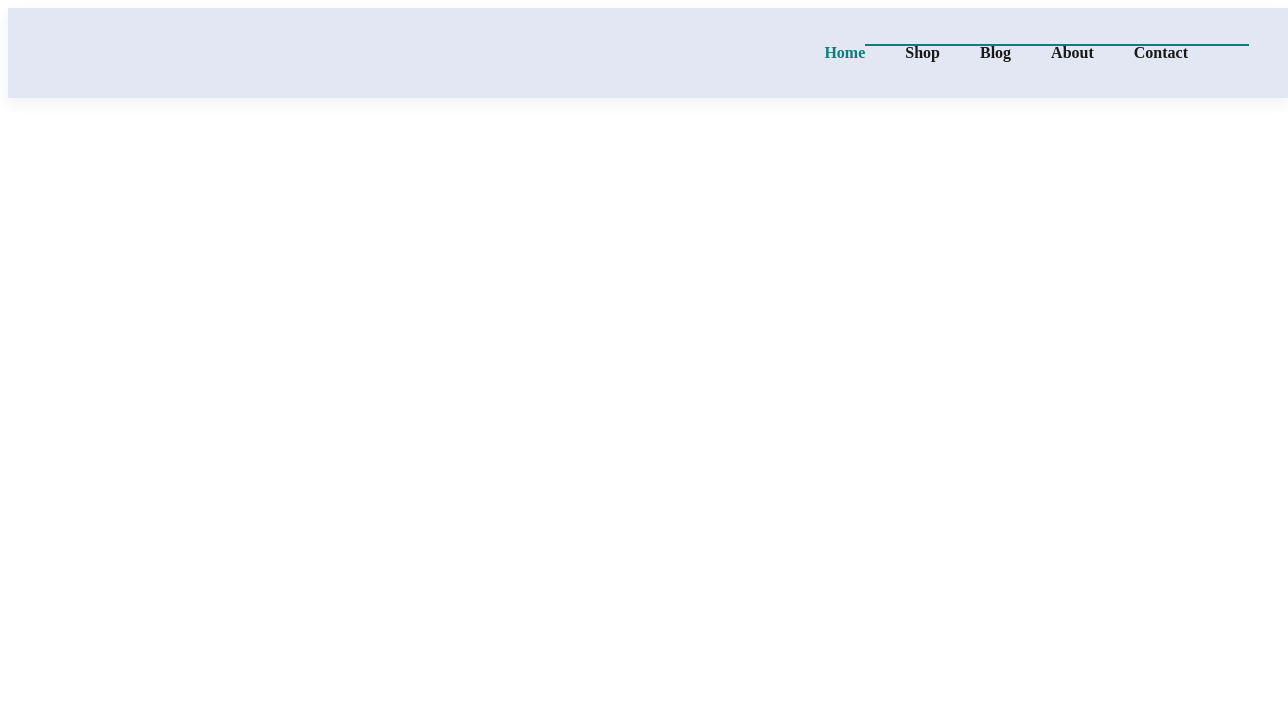
Repository: thecoachanna/lishas-layers
Page: index.html
These files come from the project's save history. The page is drawn as it stood at one moment and after a run of saves; the edit follows.
The browser window is 1280 px wide. The page is 1288 px wide, so the pictures cover 1288 px, including what lies to the right of the window. The pictures show the whole page.

Above is the page before, as saved 2023-01-02 17:18:54.

### index.html
<!DOCTYPE html>
<html lang="en">
<head>
    <meta charset="UTF-8">
    <meta http-equiv="X-UA-Compatible" content="IE=edge">
    <meta name="viewport" content="width=device-width, initial-scale=1.0">
    <link rel="stylesheet" href="style.css">
    <title>Lisha's Layers</title>
</head>
<body>
    <section id="header">
        <a href="#"><img src="" class="logo" alt=""></a>
    <div>
        <ul id="navbar">
           <li><a class="active" href="index.html">Home</a></li>
           <li><a href="shop.html">Shop</a></li>
           <li><a href="blog.html">Blog</a></li>
           <li><a href="about.html">About</a></li>
           <li><a href="contact.html">Contact</a></li>
        </ul>
    </div>
    </section>
    <script src="script.js"></script>
</body>
</html>

### style.css
@import url('https://fonts.googleapis.com/css2?family=Lato:wght@100&family=Oswald:wght@700&family=Outfit&family=Poiret+One&display=swap')

* {
    margin: 0;
    padding: 0;
    box-sizing: border-box;
    font-family: 'Spartan', sans-serif;
}

h1 {
    font-size: 50px;
    line-height: 64px;
    color: #222;
}

h2 {
    font-size: 46px;
    line-height: 54px;
    color: #222;
}

h4 {
    font-size: 20px;
    color: #222;
}

h6 {
    font-weight: 700px;
    font-size: 12px;
}

p {
    font-size: 16px;
    color: #465b52;
    margin: 15px 0 20px 0;
}

.section-p1 {
    padding: 40px 80px;
}

.section-m1 {
    margin: 40px 0;
}

body {
    width: 100%
}

#header {
    display: flex;
    align-items: center;
    justify-content: space-between;
    padding: 20px 80px;
    background: #e3e6f3;
    box-shadow: 0 5px 15px rgba(0, 0, 0, 0.06);
}

#navbar {
    display: flex;
    align-items: center;
    justify-content: center;
}

#navbar li {
    list-style: none;
    padding: 0 20px;
}

#navbar li a {
    text-decoration: none;
    font-size: 16px;
    font-weight: 600;
    color: #1a1a1a;
    transition: 0.3s ease;
}

#navbar li a:hover,
#navbar li a.active {
    color: #088178;
}

#navbar li a.active::after {
    content: "";
    width: 30%;
    height: 2px;
    background: #088178;
    position: absolute;
}

Loaded but not shown: script.js (no stored copy; drawn as an empty file)

After the next 7 saves:
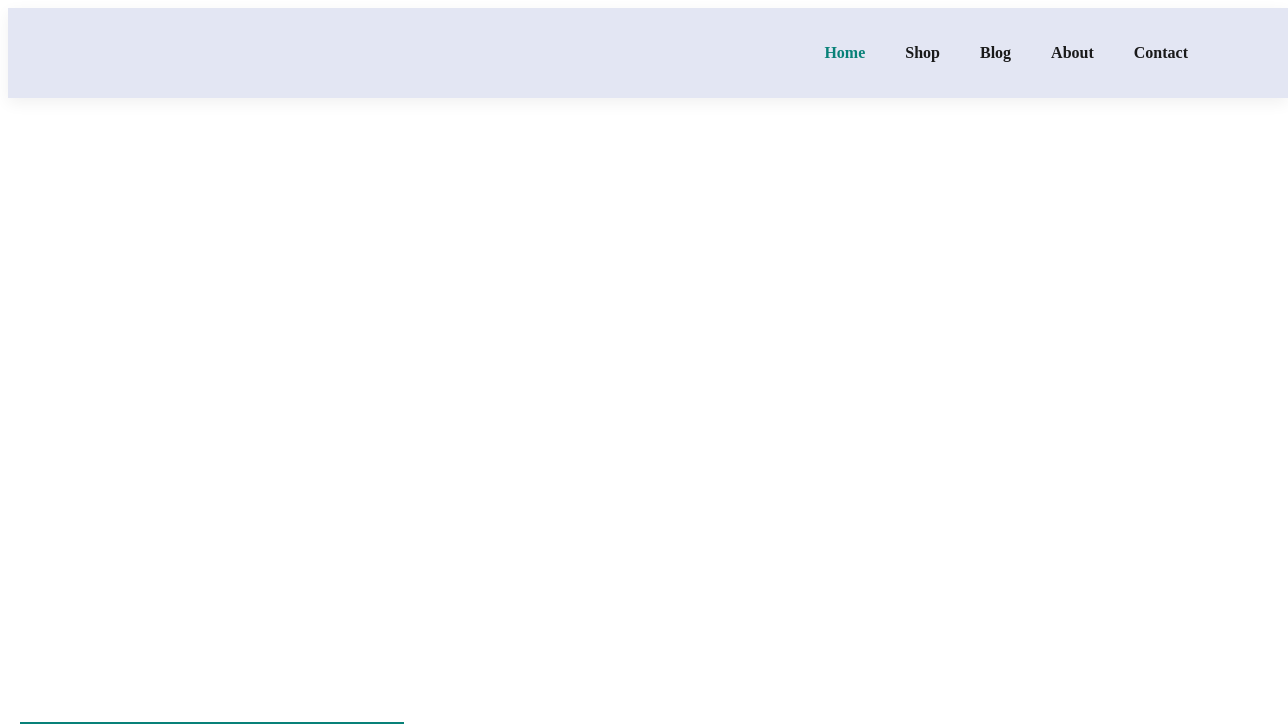
The 7 saves are shown as one change because they came seconds apart.
The last was saved 17 s later.
--- a/style.css
+++ b/style.css
@@ -86,4 +86,6 @@ body {
     height: 2px;
     background: #088178;
     position: absolute;
+    bottom: -4px;
+    left: 20px;
 }
